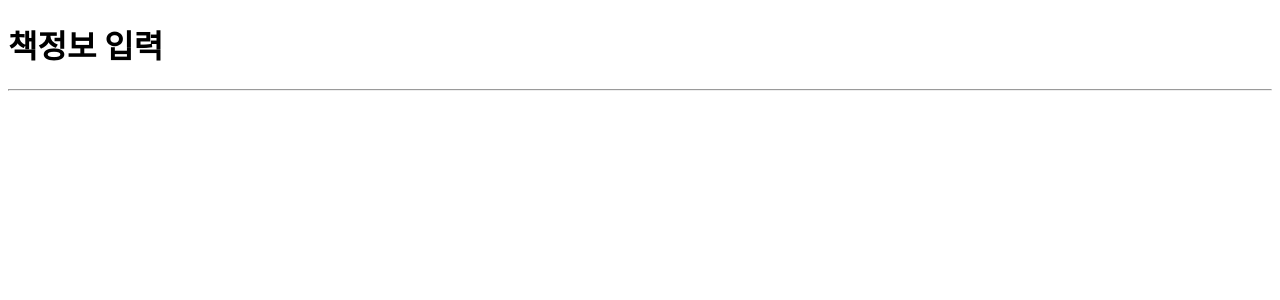
Repository: fhwang2/WEB
Page: 190710_JSP_withDB/WebContent/inputForm.html
An editor plug-in stored every save of this project. The page is shown before and after the next save, followed by the edit.
The browser window is 1280 px wide. The pictures show the whole page.

Above is the page before, as saved 2019-07-10 01:16:09.

After the next save:
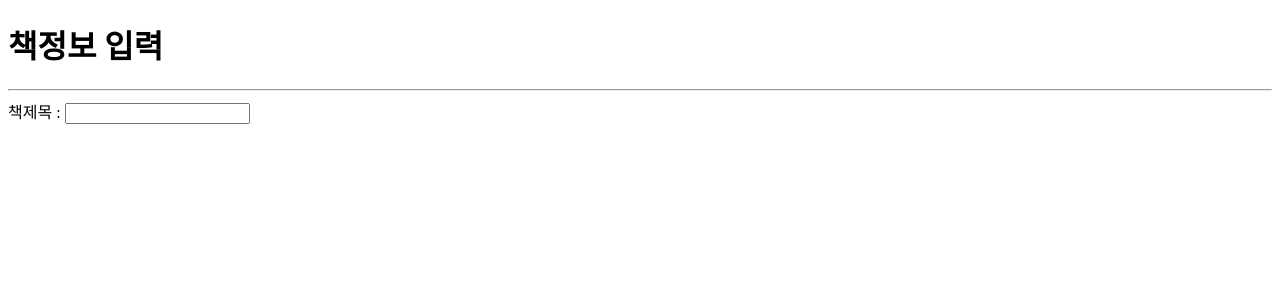
Saved 15 s later.
--- a/190710_JSP_withDB/WebContent/inputForm.html
+++ b/190710_JSP_withDB/WebContent/inputForm.html
@@ -8,6 +8,8 @@
 	<h1>책정보 입력</h1>
 	<hr>
 	<form>
+		책제목 : <input type="text" name="">
+
 	</form>
 </body>
 </html>
